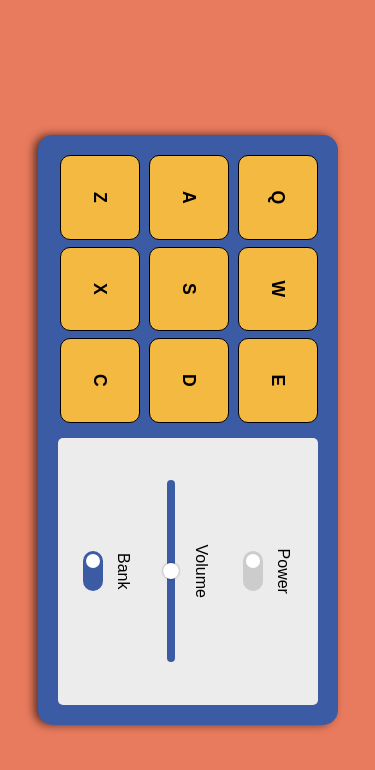
Repository: alfredoleano/drum-machine
Page: /
An editor plug-in stored every save of this project. The page is shown before and after the next save, followed by the edit.
The browser window is 375 px wide. The pictures show the whole page.
The project was rebuilt for these pictures with package versions that can differ from the ones it lists, and the page was loaded fresh each time.

Above is the page before, as saved 2024-06-14 13:50:47.

After the next save:
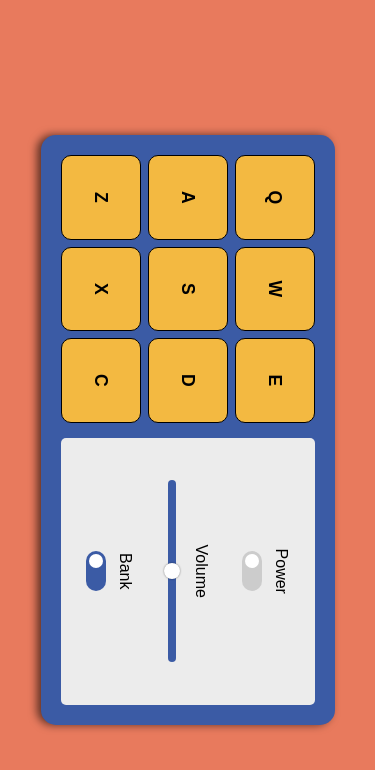
Saved 8 s later.
--- a/src/styles.scss
+++ b/src/styles.scss
@@ -255,9 +255,8 @@ input[type="range"]::-ms-track {
 
   #display {
     position: absolute;
-    margin: nones;
     width: 590px; /* Adjusted width to fit within viewport height when rotated */
-    height: 80vw; /* Adjusted height to fit within viewport width when rotated */
+    // height: 80vw; /* Adjusted height to fit within viewport width when rotated */
     left: 50%; /* Centers the element horizontally */
     top: 50%;  /* Centers the element vertically */
     transform: translate(-50%, -50%) rotate(90deg); /* Adjusts positioning and rotates */
